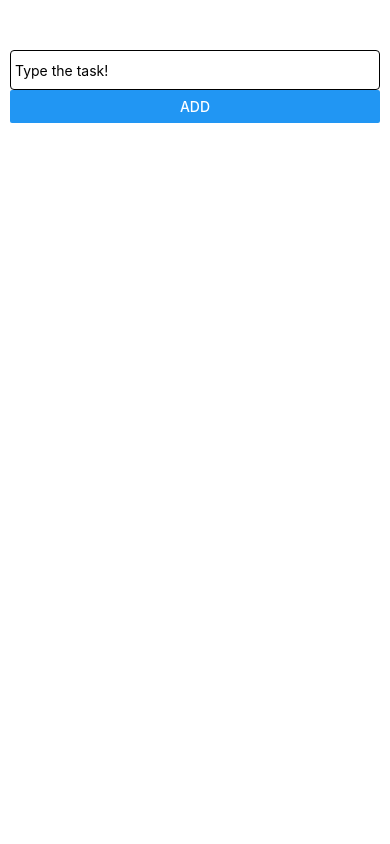
Repository: md-ateeq/ToDoApp
Screen: /
An editor plug-in stored every save of this project. The screen is shown before and after the next save, followed by the edit.
The app was drawn by React Native's web renderer in a window 390 px wide. The project was rebuilt for these pictures with package versions that can differ from the ones it lists, and the page was loaded fresh each time.

Above is the screen before, as saved 2019-09-20 18:24:29.

### App.js
/**
 * Sample React Native App
 * https://github.com/facebook/react-native
 *
 * @format
 * @flow
 */

import React, {Component} from 'react';
import {
  StyleSheet,
  View,
  Text,
  Button,
  TextInput,
} from 'react-native';

export default class createTaskList extends Component {
  constructor(props) {
    super(props);
    this.state = {text: ''};
  }

  addTask(){
    return (
      <Text>{his.state.text}</Text>
    );
  }

  render() {
    return (
      <View style={{padding: 10, backgroundColor: 'powderBlue'}}>
        <TextInput
          style={{height: 40, marginTop: 40, borderWidth: 1, borderRadius: 4, padding: 4}}
          placeholder="Type the task!"
          onChangeText={(text) => this.setState({text})}
          value={this.state.text}
        />
        <Button
          title="Add"
          style={styles.button}
          onPress={() => { this.addTask() }}
        />
      </View>
    );
  }
}


const styles = StyleSheet.create({
  button: {
    color: '#f194ff',
    borderColor: '#f194ff',
    borderWidth: 1,
    borderRadius: 2
  }
});

After the next save:
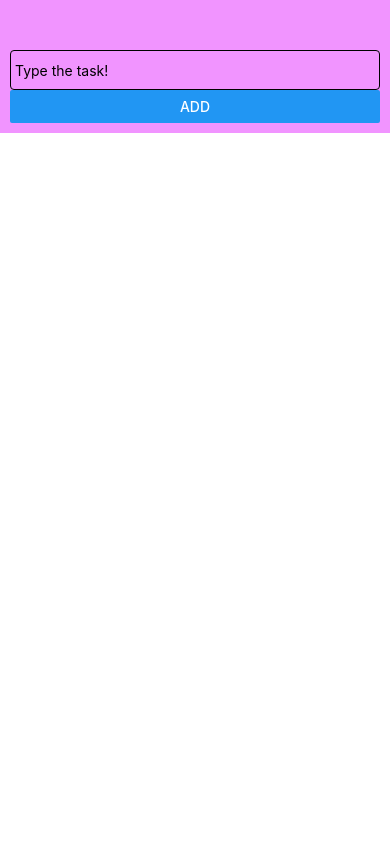
Saved 18 s later.
--- a/App.js
+++ b/App.js
@@ -29,7 +29,7 @@ export default class createTaskList extends Component {
 
   render() {
     return (
-      <View style={{padding: 10, backgroundColor: 'powderBlue'}}>
+      <View style={{padding: 10, backgroundColor: '#f194ff'}}>
         <TextInput
           style={{height: 40, marginTop: 40, borderWidth: 1, borderRadius: 4, padding: 4}}
           placeholder="Type the task!"
